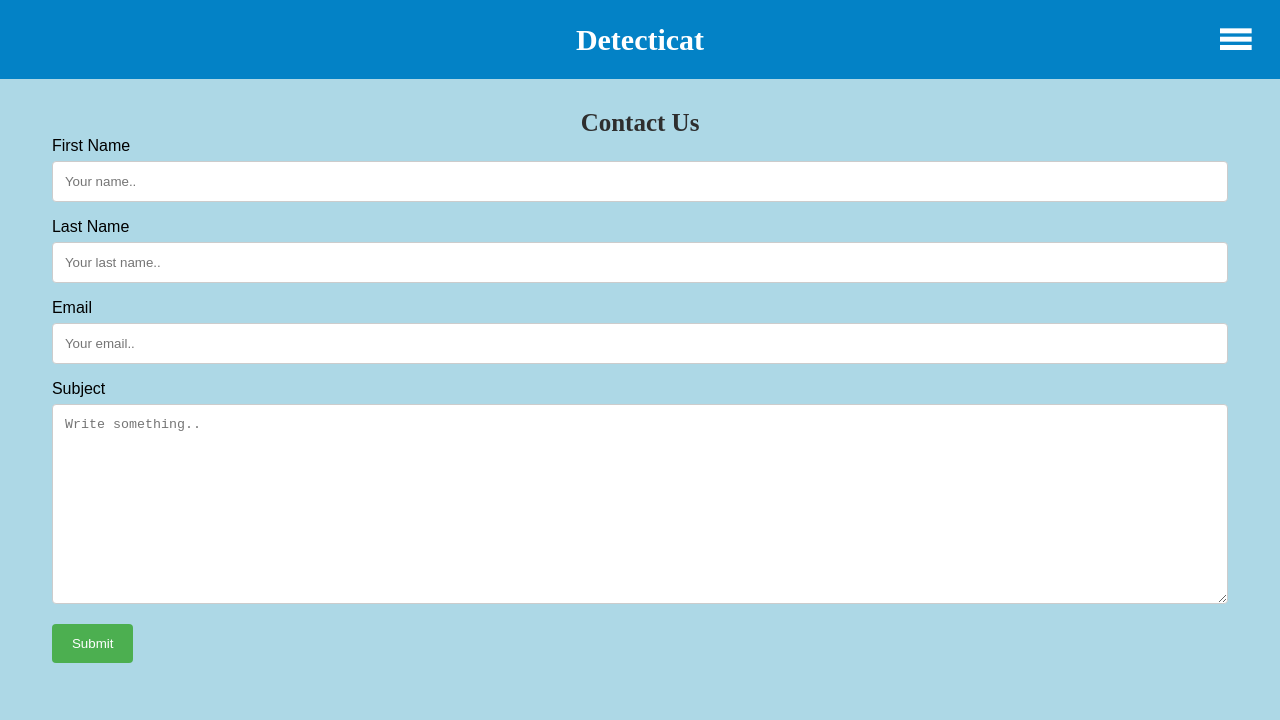
Repository: cynthiahcheng/Detecticat
Page: contact page/contact-us.html
These files come from the project's save history. The page is drawn as it stood at one moment and after the next save; the edit follows.
The browser window is 1280 px wide. The pictures show the whole page.

Above is the page before, as saved 2020-03-14 20:32:36.

### contact page/contact-us.html
<!DOCTYPE html>
<html lang="en">

<head>
    <meta charset="UTF-8">
    <meta name="viewport" content="width=device-width, initial-scale=1.0">
    <link href="https://fonts.googleapis.com/icon?family=Material+Icons" rel="stylesheet">
    <link rel="stylesheet" href="contact-us.css" type="text/css" />
    <title>Detecticat</title>
</head>

<body>
    <div class="header">
        <div class="header_title">Detecticat</div>
        <i class="material-icons" onclick="menuOpen()">menu</i>
    </div>

    <div class="nav">
        <div class="nav_close" onclick="menuClose()">
            <img class="close" src="svg/close.svg">
        </div>
        <div class="nav_sub">
            <div>Home</div>
            <div>About</div>
            <div>Game</div>
            <div>Contact Us</div>
        </div>
    </div>

    <div id="app">
        <div class="info">
            <div class="subhead">Contact Us</div>


            <form action="/action_page.php">
                <label for="fname">First Name</label>
                <input type="text" id="fname" name="firstname" placeholder="Your name..">

                <label for="lname">Last Name</label>
                <input type="text" id="lname" name="lastname" placeholder="Your last name..">

                <label for="email">Email</label>
                <input type="text" id="email" name="email" placeholder="Your email..">

                <label for="subject">Subject</label>
                <textarea id="subject" name="subject" placeholder="Write something.." style="height:200px"></textarea>

                <input type="submit" value="Submit">
            </form>
        </div>

        <script src="contact-us.js"></script>
</body>

</html>

### contact page/contact-us.css
body {font-family: Arial, Helvetica, sans-serif;}
* {box-sizing: border-box;}

input[type=text], select, textarea {
  width: 100%;
  padding: 12px;
  border: 1px solid #ccc;
  border-radius: 4px;
  box-sizing: border-box;
  margin-top: 6px;
  margin-bottom: 16px;
  resize: vertical;
}

input[type=submit] {
  background-color: #4CAF50;
  color: white;
  padding: 12px 20px;
  border: none;
  border-radius: 4px;
  cursor: pointer;
}

input[type=submit]:hover {
  background-color: #45a049;
}

.container {
  border-radius: 5px;
  background-color: #f2f2f2;
  padding: 20px;
}

body, html {
    margin:0;
    padding:0;
    background-color:lightblue;
}

.header {
    display:flex;
    justify-content: center;
    align-items: center;
    background-color: #0382C6;
    height:11vh;
}

.header_title {
    font-size:30px;
    font-family:Futura;
    font-weight:bold;
    color:white;
    position: relative;
    align-items: center;
}

.material-icons {
    font-weight:bold;
    font-size:40px;
    color:white;
    position: absolute;
    padding:10px;
    right:15px;
    cursor:pointer;
}

.nav {
    position:absolute;
    right:0;
    opacity:0;
    background-color: #0382C6;
    transition: opacity 0.1s;
}

.nav_close {
    border: 2.5px solid #073F9A;
    border-radius: 7px;
    position:absolute;
    right: 25px;
    width:20px;
    height:20px;
    padding:3px;
    cursor:pointer;
}

.nav_close_btn {
    width:23px;
    height:23px;
    margin-top:3.5px;
    margin-left:3.5px;
}

.nav_sub {
    font-size:20px;
    font-family:futura;
    font-weight:600;
    line-height:1.5;
    color:white;
    margin-top:40px;
    padding:15px 50px 15px 18px;
    cursor:pointer;
}

/* #app {
    background-color:lightblue;
} */
.info {
    display:flex;
    flex-direction:column;
    align-items: center;
}

.subhead {
    font-size:25px;
    font-family:futura;
    color:rgb(46, 46, 46);
    font-weight:600;
    padding-top:30px;
}

.description {
    font-size:20px;
    font-family:futura;
    padding-top:30px;
    line-height: 1.2;
}

.hamster_out_jail {
    display:flex;
    align-items: center;
    justify-content: center;
    margin: 25px;
    padding-top: 20px;
}

#footer {
    display:flex;
}

.footer_cat {
    position:fixed;
    left:40px;
    bottom:14px;
}

.footer_try-again {
    position:fixed;
    right:0;
    bottom:-11px;
    cursor:pointer;
}

### contact page/contact-us.js
var close_State = true;

function menuOpen(){
    document.querySelector(".nav").style.opacity = 100;
}

function menuClose(){
    document.querySelector(".nav").style.opacity = 0;
}

After the next save:
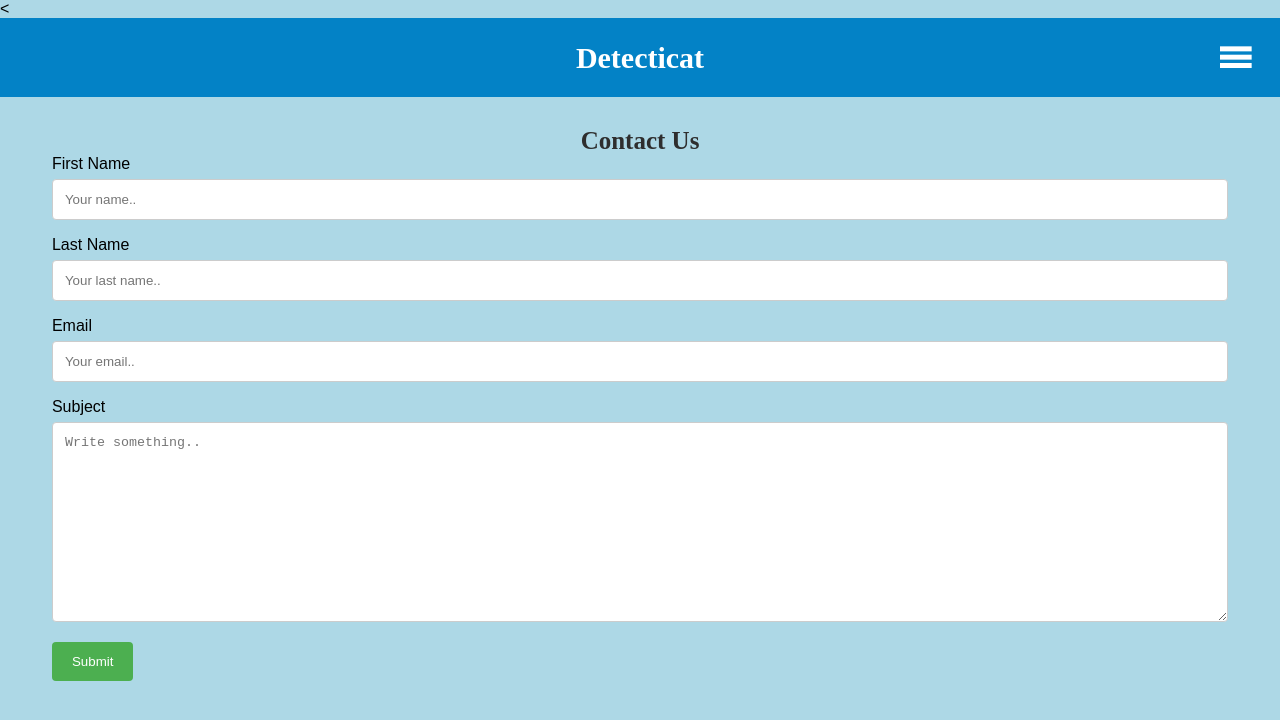
Saved 81 s later.
--- a/contact page/contact-us.html
+++ b/contact page/contact-us.html
@@ -10,20 +10,20 @@
 </head>
 
 <body>
-    <div class="header">
+    <<div class="header">
         <div class="header_title">Detecticat</div>
         <i class="material-icons" onclick="menuOpen()">menu</i>
     </div>
 
     <div class="nav">
         <div class="nav_close" onclick="menuClose()">
-            <img class="close" src="svg/close.svg">
+            <img class="close" src="../svg/close.svg">
         </div>
         <div class="nav_sub">
-            <div>Home</div>
-            <div>About</div>
-            <div>Game</div>
-            <div>Contact Us</div>
+            <div class="nav_items">Home</div>
+            <div class="nav_items">About</div>
+            <div class="nav_items">Game</div>
+            <div class="nav_items">Contact Us</div>
         </div>
     </div>
 
